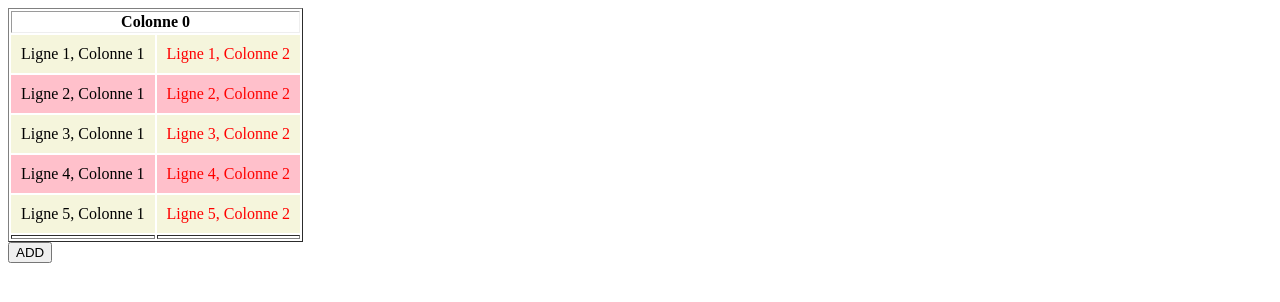
Repository: Chaimaa482/web-tp4
Page: ex1.html
These files come from the project's save history. The page is drawn as it stood at one moment and after the next save; the edit follows.
The browser window is 1280 px wide. The pictures show the whole page.
After loading, the first visible `button` was clicked once.

Above is the page before, as saved 2023-10-29 14:51:33.

After the next save:
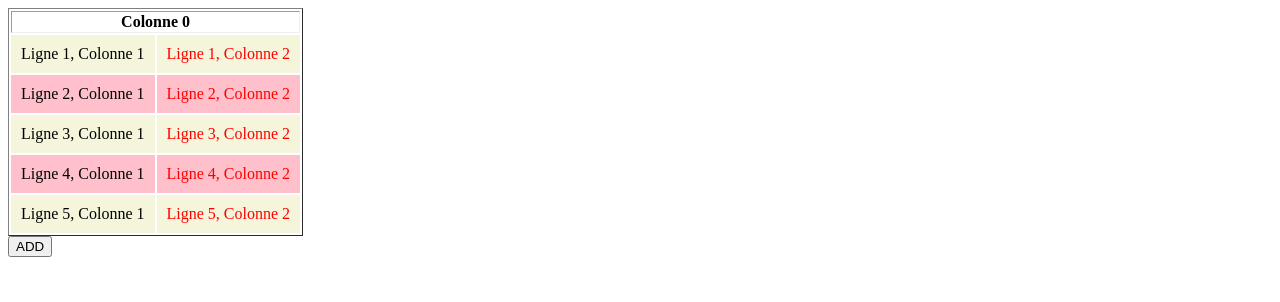
Console error: ReferenceError: cellText is not defined
Saved 12 s later.
--- a/ex1.html
+++ b/ex1.html
@@ -83,7 +83,7 @@
          var addButton = document.querySelector('button');
          addButton.addEventListener('click', function() {
          var newRow = document.createElement('tr');
-         newRow.innerHTML = "<td></td><td></td>";
+         newRow.innerHTML = "<td><input type='text' value='" + cellText + "'></td><td></td>";
 
          document.querySelector('table').appendChild(newRow);
 
